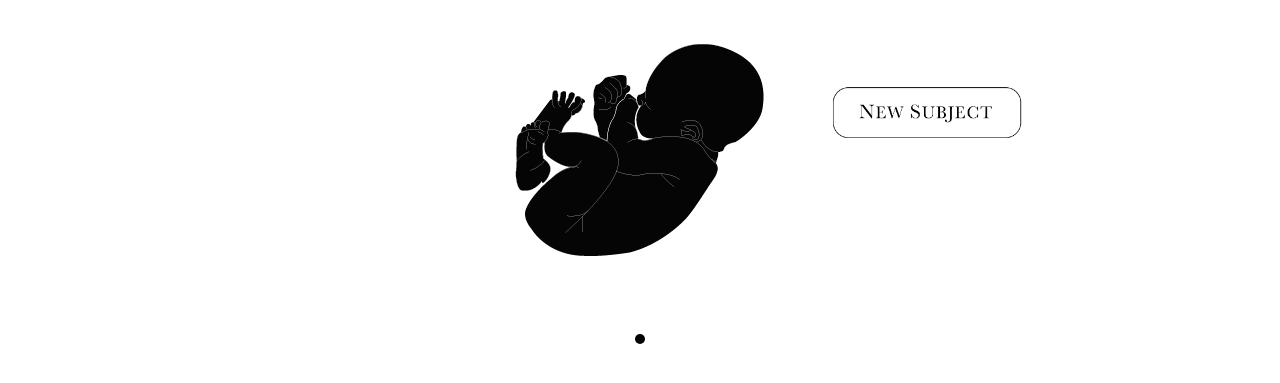
Repository: ConnyPinto/connypinto.github.io
Page: studio/chance-game/index.html
The author's editor kept a record of every edit. The page is drawn from the files as they stood at one moment, then again after the next edit.
The browser window is 1280 px wide. The pictures show the whole page.
Some web libraries are served in a nearby version.

Above is the page before.

### studio/chance-game/index.html
<html>

<head>

                <title>Enter</title>
                <link rel="stylesheet" href="css/index.css" type="text/css" />
                <script src="//ajax.googleapis.com/ajax/libs/jquery/2.1.3/jquery.min.js"></script>
                <link href='http://fonts.googleapis.com/css?family=Libre+Baskerville:400,400italic' rel='stylesheet' type='text/css'>
</head>

<body>

    <div class="dot first-dot"></div>

    <img class="baby" src="images/baby.png">
    <img class="profile" src="images/end-illustration.png">
     <div class="arrow-down"></div>
     <div class="arrow-left"></div>
     <div class="arrow-right"></div>


     <div class="refresh"></div>


     <script type="text/javascript" src="javascript/index.js"></script>

</body>

</html>

### studio/chance-game/css/index.css
/*html, body {
    overflow: hidden;
}*/

.first-dot{
  top:45%;
   position:relative;
}

.dot{
    background-color:black;
    width:10px;
    height:10px;
    border-radius:10px;
    position:absolute;
    left: calc(50% - 5px);
    margin-top:10px;

}

.line{
    background-color:black;
    width:1px;
    position:absolute;
    left: calc(50% - 0.5px);
    margin-bottom:50%;
}

.white-line{
    background-color:transparent;
    width:1px;
    position:absolute;
    left: calc(50% - 0.5px);
    margin-bottom:50%;
}

.horizontal-line{
    background-color:red;
    height:5px;
    position:absolute;
    margin-right:50%;
}


.text{
    position:absolute;
    font-family: baskerville,'Libre Baskerville', serif;
    width:100%;
    text-align:center;
    margin:12px;
}

.baby{
    display:block;
   width:250px;
   position:relative;
   margin:0 auto;
   top:5%;

}

.profile{
    position:absolute;
    width:344px;
    bottom:0px;
    left: calc(50% - 172px);
    display:none;
}

.arrow-down {
    background-image:url("../images/arrow-keys-down-black.png");
     position:absolute;
    width:100;
    height:50;
    bottom:0px;
    left: calc(50% - 50px);
    display:none;

}

.arrow-down:hover{
    background-image:url("../images/arrow-keys-down-white.png");
}

.database{
     position:absolute;
    width:100%;
    text-align:center;
    margin:10px;
    font-family: 'Libre Baskerville', serif;
}

.information{
 position:absolute;
    width:150px;
    left: calc(50% - 75px);
    text-align:center;
    margin:10px;
    font-family: 'Libre Baskerville', serif;
}

.arrow-right {
    background-image:url("../images/arrow-keys-02.png");
    position:absolute;
    width:50;
    height:101;
    bottom:0px;
    right:10px;
    display:none;
    z-index:5;

}
/*.arrow-right:hover{
    background-image:url("../images/arrows-02.png");
     width:48;
    height:101;*/
}

.arrow-left {
    background-image:url("../images/arrow-keys-01.png");
     position:absolute;
    width:50;
    height:101;
    bottom:0px;
    left:10px;
    display:none;
    z-index:5;
}

.arrow-right:hover{
    background-image:url("../images/arrows-01.png");
      width:48;
    height:101;
}

.database-images{
    width:180px;
    margin-bottom:30px;
}

.database-text{
    font-family: baskerville,'Libre Baskerville', serif;
    font-size:1pt;
    font-style:italic;
}


.refresh {
    background-image:url("../images/restart-click.png");
     transform: scale(0.3);
     position:fixed;
    width:700px;
    height:220px;
    top:0px;
    right:0px;

}
.refresh:hover{
    background-image:url("../images/restart-hover.png");
}

.informationImage{
    width: 680px;
    height: auto;
    position: absolute;
    top: -140px;
    left: -270px;
}

Loaded but not shown: studio/chance-game/javascript/index.js (1506 lines, source omitted)

After the next edit:
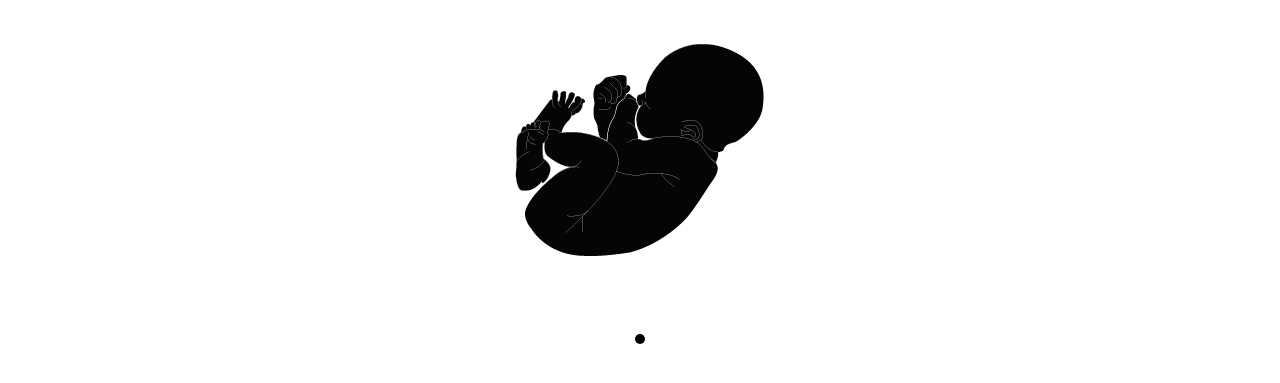
The edit:
--- a/studio/chance-game/css/index.css
+++ b/studio/chance-game/css/index.css
@@ -127,7 +127,7 @@
     z-index:5;
 }
 
-.arrow-right:hover{
+/*.arrow-right:hover{
     background-image:url("../images/arrows-01.png");
       width:48;
     height:101;

After the edit that followed:
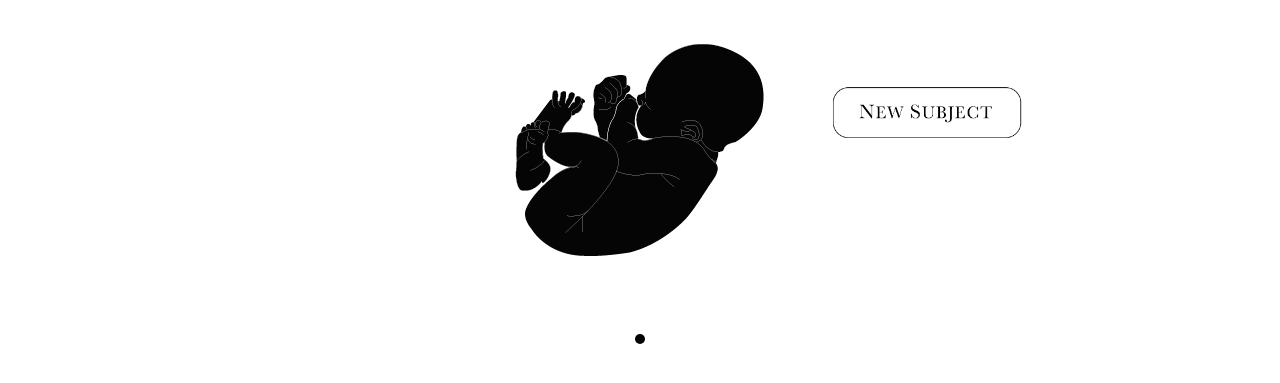
The edit:
--- a/studio/chance-game/css/index.css
+++ b/studio/chance-game/css/index.css
@@ -131,7 +131,7 @@
     background-image:url("../images/arrows-01.png");
       width:48;
     height:101;
-}
+}*/
 
 .database-images{
     width:180px;
